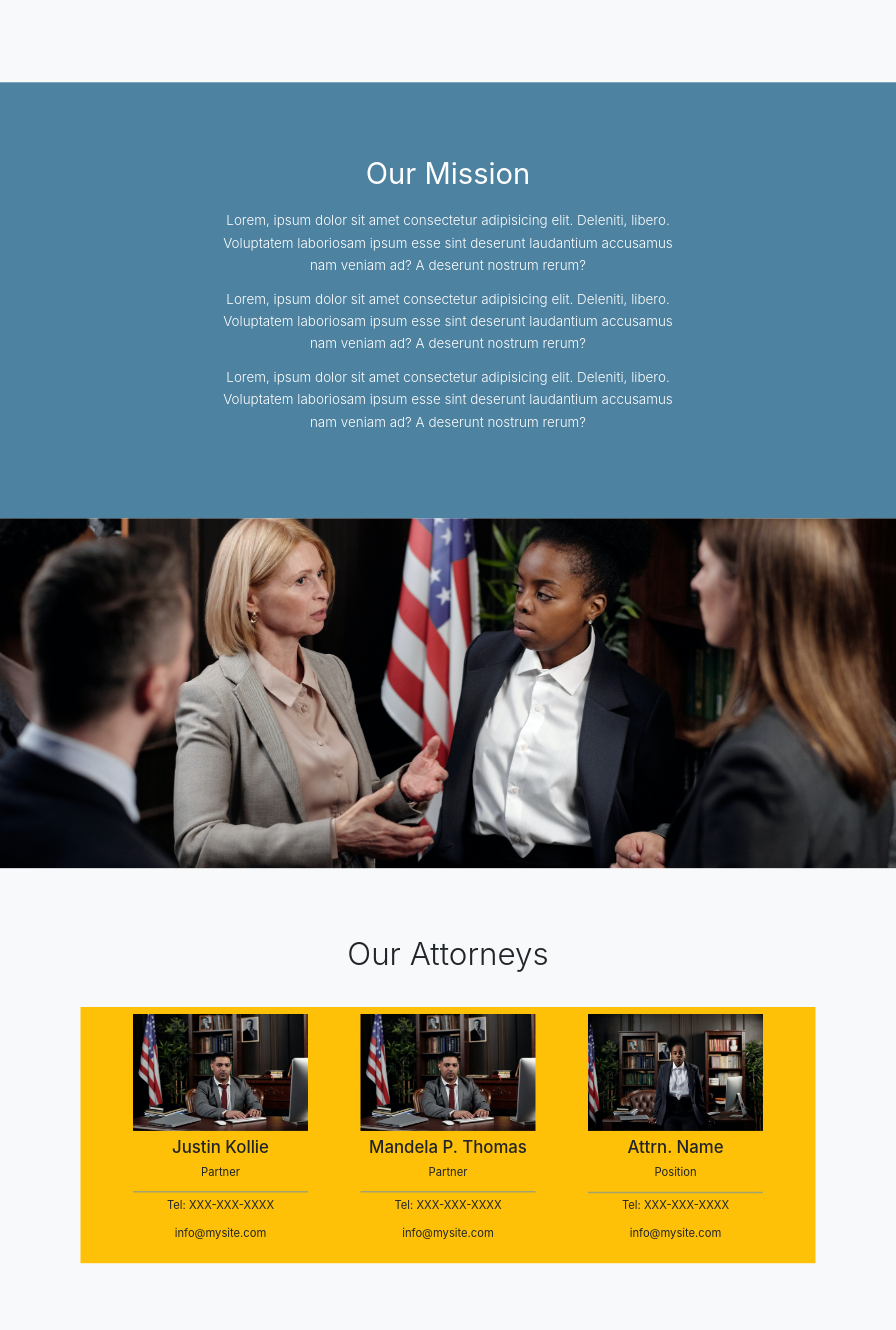
Repository: just-mann/kolllie-kolliellp
Page: index.html
These files come from the project's save history. The page is drawn as it stood at one moment and after the next save; the edit follows.
The browser window is 1280 px wide. The pictures show the part of the page from y = 1332 to 3232 px (the page is 4556 px tall), at 70% of full size.
Pictures or frames that could not be fetched are drawn as grey boxes. Backgrounds fixed to the window are drawn as part of the page.

Above is the page before, as saved 2021-06-02 05:38:41.

After the next save:
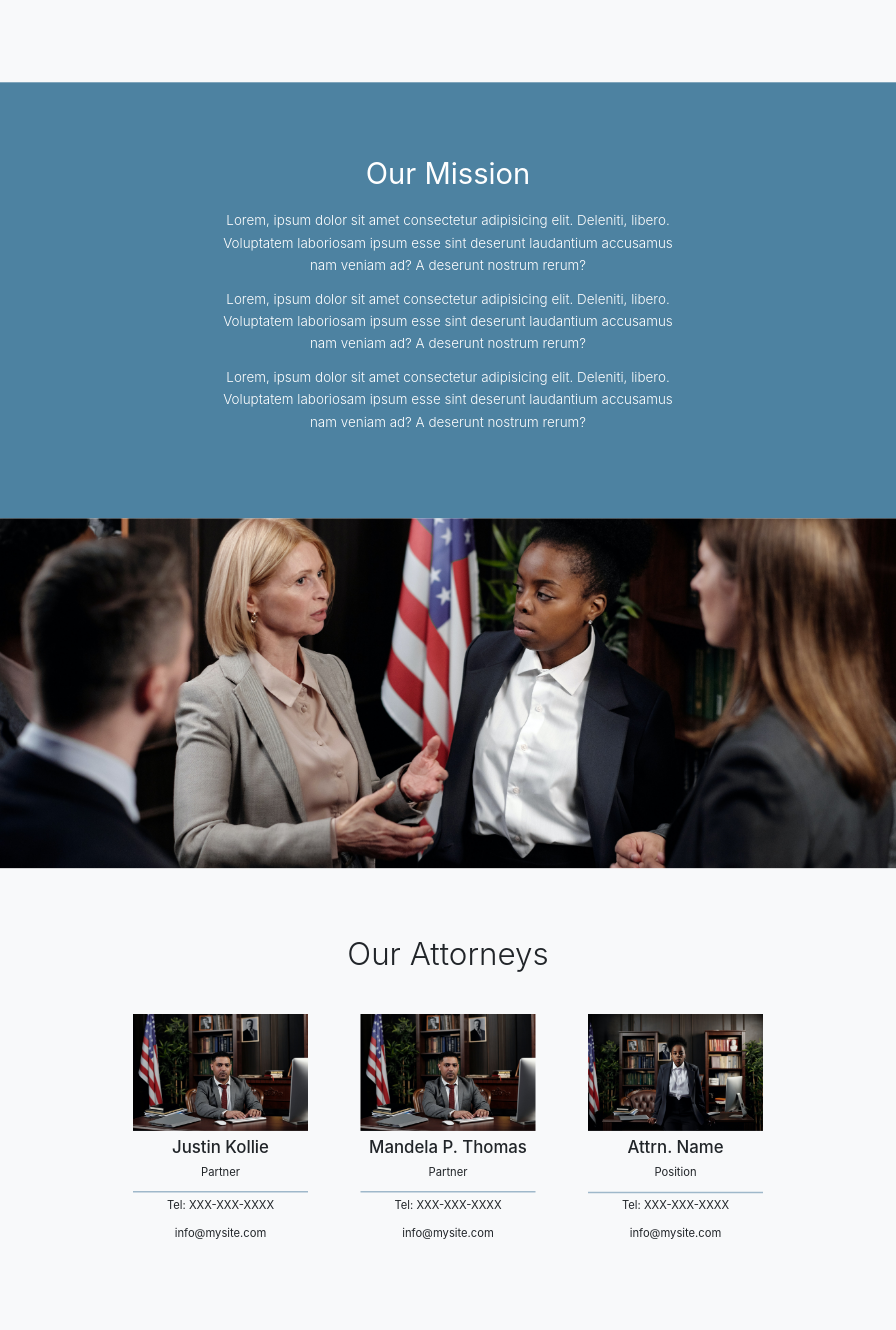
Saved 10 s later.
--- a/index.html
+++ b/index.html
@@ -84,7 +84,7 @@
     <section class="ourAttorneys py-5 bg-light" id="ourAttorneys">
         <div class="myContainer py-5">
             <h3 class="text-center mb-5">Our Attorneys</h3>
-            <div class="attorneysDiv bg-warning">
+            <div class="attorneysDiv">
                 <div class="attCard">
                     <img src="./assets/images/attrny1.jpg" alt="att1">
                     <div class="firstDiv">
